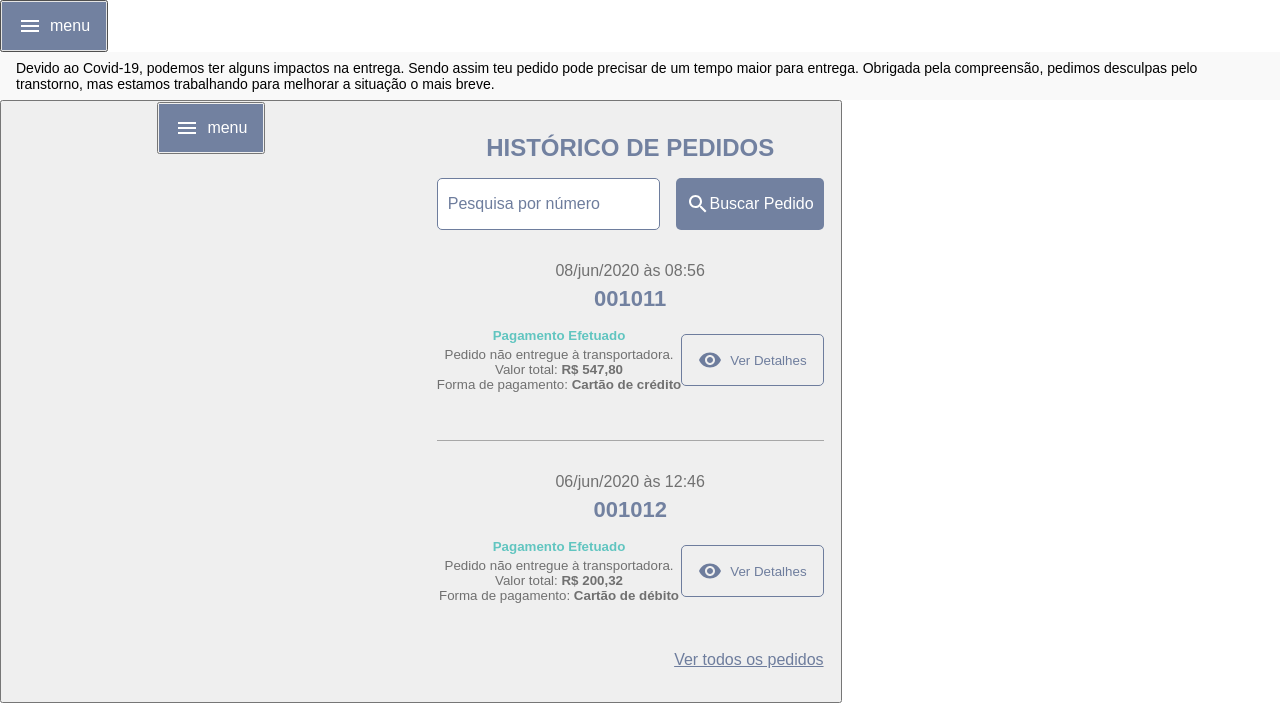
Repository: indiamarasiqueira/gestao-produto
Page: /
These files come from the project's save history. The page is drawn as it stood at one moment and after the next save; the edit follows.
The browser window is 1280 px wide. The pictures show the whole page.
The project was rebuilt for these pictures with package versions that can differ from the ones it lists, and the page was loaded fresh each time. Also part of the build but not shown: src/pages/generic/style.js, src/pages/generic/index.js, src/components/ModalMenu/index.js.

Above is the page before, as saved 2020-07-07 10:50:01.

After the next save:
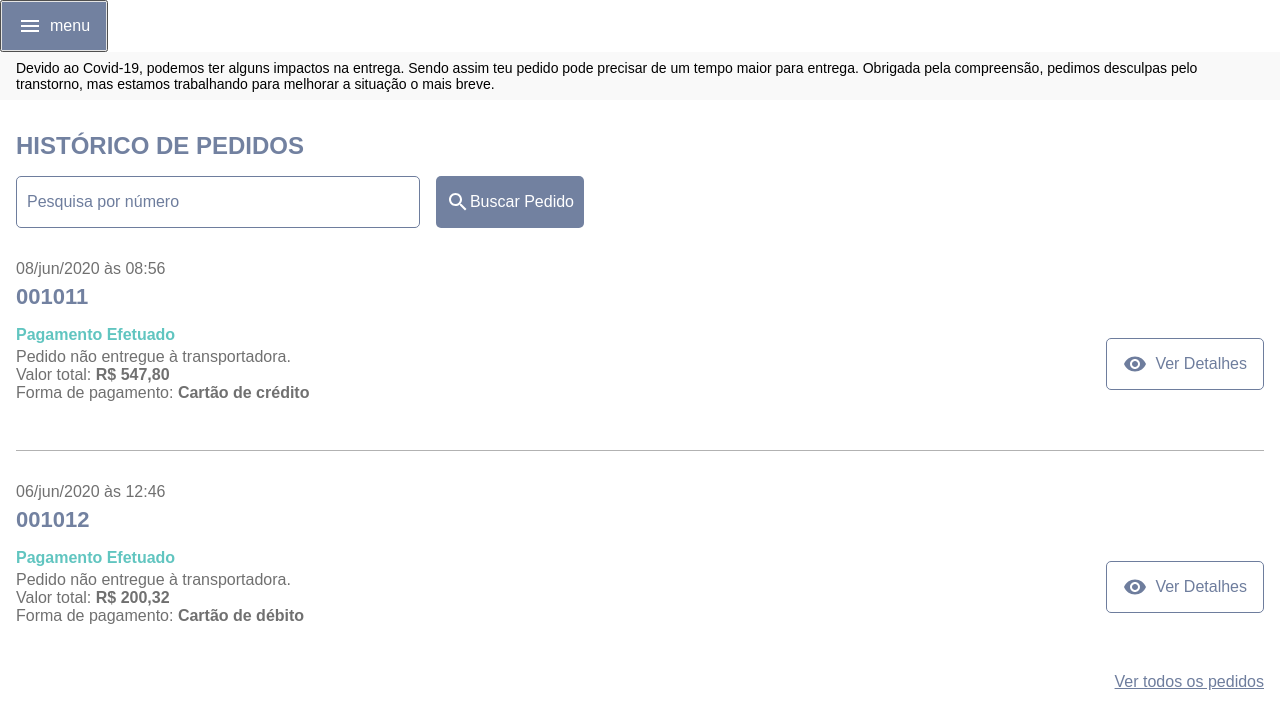
Saved 56 s later.
--- a/src/pages/orderHistory/index.js
+++ b/src/pages/orderHistory/index.js
@@ -1,33 +1,25 @@
 import React, { Fragment, useState } from "react";
 
-import AppMenu from '../../components/AppMenu'
 import BoxSearch from "../../components/BoxSearch/index";
 import HeaderTitle from "../../components/HeaderTitle";
 import Order from "../../components/Order/index";
 
-import { MenuMain }  from './style'
-
 const OrderHistory = () => {
-  const [value, setValue] = useState('');
-  const [query, setQuery] = useState('');
+  const [value, setValue] = useState("");
+  const [query, setQuery] = useState("");
   const handleChange = (e) => setValue(e.target.value);
 
   const handleSubmit = (e) => {
     e.preventDefault();
     setQuery(value);
-  }
+  };
 
   return (
-    <MenuMain>
-      <div>
-        <AppMenu />
-      </div>
-      <div>
-        <HeaderTitle>HISTÓRICO DE PEDIDOS</HeaderTitle>
-        <BoxSearch value={value} handleChange={handleChange} handleSubmit={handleSubmit} />
-        <Order query={query} />
-      </div>
-    </MenuMain>
+    <Fragment>
+      <HeaderTitle>HISTÓRICO DE PEDIDOS</HeaderTitle>
+      <BoxSearch value={value} handleChange={handleChange} handleSubmit={handleSubmit} />
+      <Order query={query} />
+    </Fragment>
   );
 };
 export default OrderHistory;
